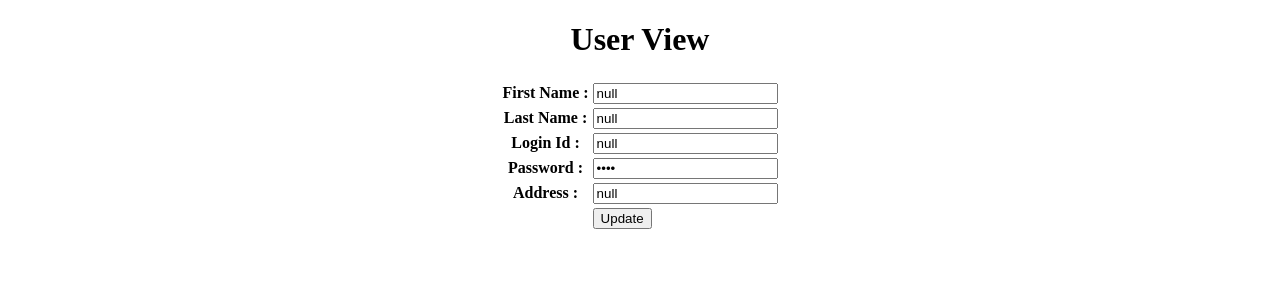
Repository: HimanshuJain1991/ProjectModuleUseCase
Page: http://localhost/Practice/UserView.jsp
These files come from the project's save history. The page is drawn as it stood at one moment and after the next save; the edit follows.
The browser window is 1280 px wide. The pictures show the whole page.
The page is served by Tomcat 9.

Above is the page before, as saved 2024-02-27 20:18:49.

After the next save:
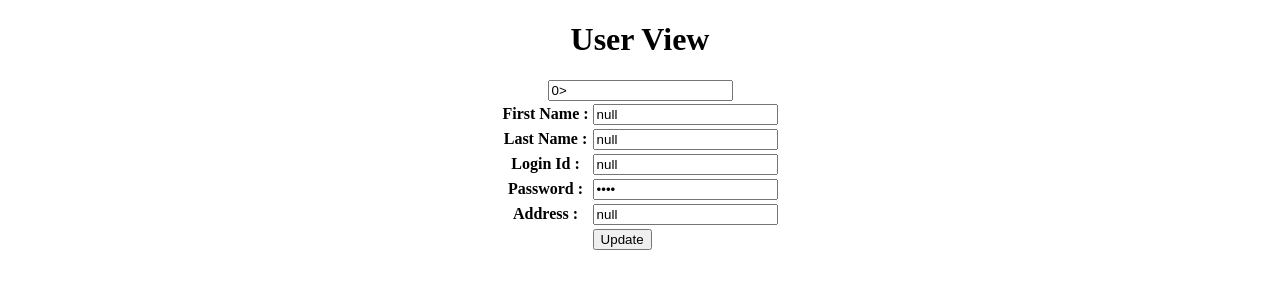
Saved 2 min 55 s later.
--- a/Practice/src/main/webapp/UserView.jsp
+++ b/Practice/src/main/webapp/UserView.jsp
@@ -14,6 +14,7 @@ UserDTO dto=new UserDTO();
 <form action="UserCtl" method="post">
 		<center>
 			<table>
+
 			<h1>User View</h1>
 				<tr>
 					<th>First Name :</th>
@@ -48,7 +49,7 @@ UserDTO dto=new UserDTO();
 					<th></th>
 					<td><button type="submit" name="operation">Update</button></td>
 				</tr>
-
+				<input type="text" name="id" value="<%=dto.getId() %>>">
 
 				</center>
 				</form>
